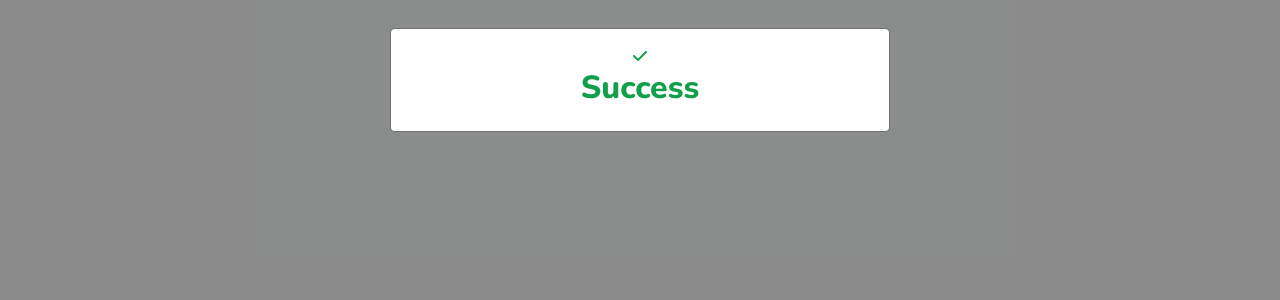
Repository: Dangtrinh28/thuymoc
Page: bookingSuccess.html
An editor plug-in stored every save of this project. The page is shown before and after the next save, followed by the edit.
The browser window is 1280 px wide. The pictures show the whole page.
Some web libraries are served in a nearby version.

Above is the page before, as saved 2022-11-25 04:05:15.

### bookingSuccess.html
<!DOCTYPE html>
<html lang="en">

<head>
    <meta charset="UTF-8">
    <meta http-equiv="X-UA-Compatible" content="IE=edge">
    <meta name="viewport" content="width=device-width, initial-scale=1.0">

    <!-- google font link -->
    <link rel="preconnect" href="https://fonts.googleapis.com">
    <link rel="preconnect" href="https://fonts.gstatic.com" crossorigin>
    <link
        href="https://fonts.googleapis.com/css2?family=Heebo:wght@400;500;600&family=Nunito:wght@600;700;800&family=Pacifico&display=swap"
        rel="stylesheet">

    <!-- Icon link -->
    <link rel="stylesheet" href="./assets/font/fontawesome/css/all.min.css">
    <link href="https://cdnjs.cloudflare.com/ajax/libs/font-awesome/5.10.0/css/all.min.css" rel="stylesheet">
    <link href="https://cdn.jsdelivr.net/npm/bootstrap-icons@1.4.1/font/bootstrap-icons.css" rel="stylesheet">

    <!-- link lib -->
    <link rel="stylesheet" href="./assets/lib/animate/animate.min.css">
    <link rel="stylesheet" href="./assets/lib/owlcarousel/assets/owl.carousel.min.css">
    <link rel="stylesheet" href="./assets/lib/tempusdominus/css/tempusdominus-bootstrap-4.min.css">

    <!-- link bootstraps custom  -->
    <link href="./assets/css/bootstrap.css" rel="stylesheet">

    <!-- link custom -->
    <link rel="stylesheet" href="./assets/css/index.css">
    <!-- link custom end-->
    <link rel="icon" type="image/x-icon"
        href="https://scontent.fsgn2-4.fna.fbcdn.net/v/t39.30808-6/301127842_1060078351356985_3224039168656005356_n.jpg?_nc_cat=101&ccb=1-7&_nc_sid=09cbfe&_nc_ohc=boITfAPyxDEAX8ESDnk&_nc_ht=scontent.fsgn2-4.fna&oh=00_AfCC23TquV2izwz9e55nnw0-pZBRnxj3js4zwfv7_lGcQQ&oe=63633C5B">
        <title>Thủy Mộc Restaurant</title>

</head>
<body>
    <div class="container" >
        <div class="modal" style="display: block; background-color: rgba(128, 128, 128,0.9);">
            <div class="modal-dialog">
                <div class="modal-content">
                    <div class="modal-body text-primary text-center">
                        <i class="modal-body-icon fa-solid fa-check"></i>
                        <h2 class="text-primary">Success</h2>
                    </div>
                </div>
            </div>
        </div>
    </div>





    <script src="https://code.jquery.com/jquery-3.4.1.min.js"></script>
    <script src="https://cdn.jsdelivr.net/npm/bootstrap@5.0.2/dist/js/bootstrap.bundle.min.js"></script>
    <script src="https://smtpjs.com/v3/smtp.js"></script>
    <script src="./assets/lib/wow/wow.min.js"></script>
    <script src="./assets/lib/easing/easing.min.js"></script>
    <script src="./assets/lib/waypoints/waypoints.min.js"></script>
    <script src="./assets/lib/counterup/counterup.min.js"></script>
    <script src="./assets/lib/owlcarousel/owl.carousel.min.js"></script>
    <script src="./assets/js/index.js"></script>
</body>
</html>

### assets/css/index.css
:root {
  --primary: ;
}

/* base css */
.hero-header {
  background: linear-gradient(rgba(15, 23, 43, 0.9), rgba(15, 23, 43, 0.9)),
    url(../img/banner/banner2.png);
  background-position: center center;
  background-repeat: no-repeat;
  background-size: cover;
}

.btn {
  font-family: "Nunito", sans-serif;
  font-weight: 500;
  text-transform: uppercase;
  transition: 0.5s;
}

.btn-primary,
.btn-secondary {
  color: var(--bs-white);
}

.product-img {
  width: 100%;
  height: 216px;
  background-position: center;
  background-repeat: no-repeat;
  background-size: cover;
}

/* đặt bàn online */
.video {
  position: relative;
  height: 100%;
  min-height: 500px;
  background: linear-gradient(rgba(15, 23, 43, 0.1), rgba(15, 23, 43, 0.1)),
    url(../img/booking/booking.png);
  background-position: center center;
  background-repeat: no-repeat;
  background-size: cover;
}

.video .btn-play {
  position: absolute;
  z-index: 3;
  top: 50%;
  left: 50%;
  transform: translate(-50%);
  box-sizing: content-box;
  display: block;
  width: 32px;
  height: 44px;
  border-radius: 50%;
  border: none;
  outline: none;
  padding: 18px 20px 18px 28px;
}

.video .btn-play::before {
  content: "";
  position: absolute;
  z-index: 0;
  top: 50%;
  left: 50%;
  transform: translateX(-50%) translateY(-50%);
  display: block;
  width: 100px;
  height: 100px;
  background: var(--bs-primary);
  border-radius: 50%;
  animation: pulse-border 1500ms ease-out infinite;
}

.video .btn-play::after {
  content: "";
  position: absolute;
  z-index: 1;
  left: 50%;
  top: 50%;
  transform: translateX(-50%) translateY(-50%);
  display: block;
  width: 100px;
  height: 100px;
  background: var(--primary);
  border-radius: 50%;
  transition: all 200ms;
}

.video .btn-play img {
  position: relative;
  z-index: 3;
  max-width: 100%;
  width: auto;
  height: auto;
}

.video .btn-play span {
  display: block;
  position: relative;
  z-index: 3;
  width: 0;
  height: 0;
  border-left: 32px solid var(--bs-dark);
  border-top: 22px solid transparent;
  border-bottom: 22px solid transparent;
}

@keyframes pulse-border {
  0% {
    transform: translateX(-50%) translateY(-50%) translateZ(0) scale(1);
    opacity: 1;
  }
  100% {
    transform: translateX(-50%) translateY(-50%) translateZ(0) scale(1.5);
    opacity: 0;
  }
}

/* team */
.w-65 {
  width: 65% !important;
}

/* feedback */
.testimonial-carousel .owl-item.center .testimonial-item {
  background: var(--bs-primary) !important;
  border-color: var(--bs-primary) !important;
}

.testimonial-carousel .owl-item.center .testimonial-item * {
  color: var(--bs-light);
}

.testimonial-carousel .owl-dots {
  margin-top: 24px;
  display: flex;
  align-items: flex-end;
  justify-content: center;
}

.testimonial-carousel .owl-dot {
  position: relative;
  display: inline-block;
  margin: 0 5px;
  width: 15px;
  height: 15px;
  border: 1px solid #ccc;
  border-radius: 15px;
  transition: 0.5s;
}

.testimonial-carousel .owl-dot.active {
  background: var(--bs-primary);
  border-color: var(--bs-primary);
}

.text__height-hiden {
  height: 120px;
  overflow: hidden;
  display: -webkit-box;
  -webkit-box-orient: vertical;
  -webkit-line-clamp: 5;
}

/* footer */
.footer .copyright {
  padding: 25px 0;
  font-size: 15px;
  border-top: 1px solid rgba(256, 256, 256, 0.1);
}

.footer .copyright a {
  color: var(--bs-light);
}

.footer .footer-menu a {
  margin-right: 15px;
  padding-right: 15px;
  border-right: 1px solid rgba(256, 256, 256, 0.1);
}

.back-to-top {
  position: fixed;
  display: none;
  right: 45px;
  bottom: 45px;
  z-index: 99;
}

/* navbar */
.navbar-dark .navbar-nav .nav-link {
  position: relative;
  margin-left: 25px;
  padding: 15px 0;
  font-size: 15px;
  color: var(--bs-light) !important;
  text-transform: uppercase;
  font-weight: 500;
  outline: none;
  transition: 0.5s;
}

@media (min-width: 992px) {
  .navbar-dark {
    position: absolute;
    width: 100%;
    top: 0;
    left: 0;
    z-index: 999;
    background: transparent !important;
  }
}

.text-featured {
  font-size: 16px;
  line-height: 1.6;
  padding: 20px;
}

.text-featured::first-letter {
  font-size: 30px;
  line-height: 30px;
  float: left;
  display: block;
}

@media (max-width: 992px)  {
  .navbar-dark .navbar-nav .nav-link {
    margin: 0;
  }
}

### assets/js/index.js
(function ($) {
  "use strict";

  // wow js
  new WOW().init();

  //counter-up
  $('[data-toggle="counter-up"]').counterUp({
    delay: 10,
    time: 2000,
  });

  $(window).scroll(function () {
    if ($(this).scrollTop() > 45) {
      $(".navbar").addClass("sticky-top shadow-sm");
    } else {
      $(".navbar").removeClass("sticky-top shadow-sm");
    }
  });

  $(document).ready(function () {
    var $videoSrc;
    $(".btn-play").click(function () {
      $videoSrc = $(this).data("src");
    });
    console.log($videoSrc);

    $("#videoModal").on("shown.bs.modal", function (e) {
      $("#video").attr(
        "src",
        $videoSrc + "?autoplay=1&amp;modestbranding=1&amp;showinfo=0"
      );
    });

    $("#videoModal").on("hide.bs.modal", function (e) {
      $("#video").attr("src", $videoSrc);
    });
  });

  // testimonial-carousel
  $(".testimonial-carousel").owlCarousel({
    autoplay: true,
    smartSpeed: 1500,
    center: true,
    margin: 24,
    dots: true,
    loop: true,
    nav: false,
    responsive: {
      0: {
        items: 1,
      },
      768: {
        items: 2,
      },
      992: {
        item: 3,
      },
    },
  });
  //
  $(window).scroll(function () {
    if ($(this).scrollTop() > 300) {
      $(".back-to-top").fadeIn("slow");
    } else {
      $(".back-to-top").fadeOut("slow");
    }
  });

  $(".back-to-top").click(function () {
    $("html, body").animate({ scrollTop: 0 }, 100, "easeInOutExpo");
    return false;
  });
})(jQuery);

    // pass xcliahnbanukicoz

function sendEmail() {
  let useNames = document.getElementById("names").value;
  let numberPhone = document.getElementById("numberPhone").value;
  let email = document.getElementById("email").value;
  let qualitys = document.getElementById("qualitys").value;
  let times = document.getElementById("times").value;
  let date = document.getElementById("date").value;
  let messages = document.getElementById("messages").value;
  let body = "Tên khách hàng:" + useNames + "<br/> Số điện thoại: " + numberPhone + "<br/> Tên gmail của quý khách: " + email + "<br/> Số lượng khách hàng: " + qualitys + "<br/> Thời gian đến: " + times + "<br/> Ngày đến: " + date + "<br/> Yêu cầu của quý khách: " + messages ;


  Email.send({
    // SMTPport: 2525,
    Host : "smtp.elasticemail.com",
    Username : "nguyencaodangtrinhtv3@gmail.com",
    Password : "B2145E9AB344FD4C1D449007775D22DCDDA7",
    To : 'dtrinhit04@gmail.com',
    From : "nguyencaodangtrinhtv3@gmail.com",
    Subject : "Đặt bàn online tại Thủy Mộc for web",
    Body : body,
}).then(
  message => alert(message)
);
}

Loaded but not shown: assets/font/fontawesome/css/all.min.css (library); assets/lib/animate/animate.min.css (library); assets/lib/owlcarousel/assets/owl.carousel.min.css (common file); assets/lib/tempusdominus/css/tempusdominus-bootstrap-4.min.css (library); assets/css/bootstrap.css (library); assets/lib/wow/wow.min.js (library); assets/lib/easing/easing.min.js (common file); assets/lib/waypoints/waypoints.min.js (library); assets/lib/counterup/counterup.min.js (common file); assets/lib/owlcarousel/owl.carousel.min.js (library)

After the next save:
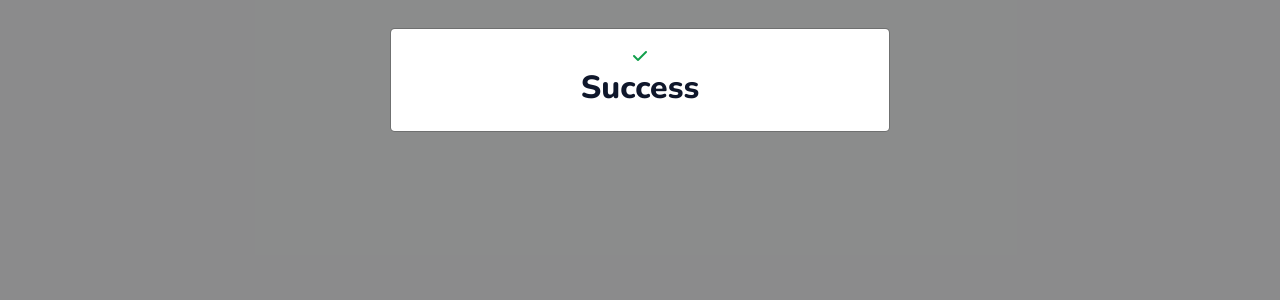
Saved 5 s later.
--- a/bookingSuccess.html
+++ b/bookingSuccess.html
@@ -41,7 +41,7 @@
                 <div class="modal-content">
                     <div class="modal-body text-primary text-center">
                         <i class="modal-body-icon fa-solid fa-check"></i>
-                        <h2 class="text-primary">Success</h2>
+                        <h2 class="">Success</h2>
                     </div>
                 </div>
             </div>
